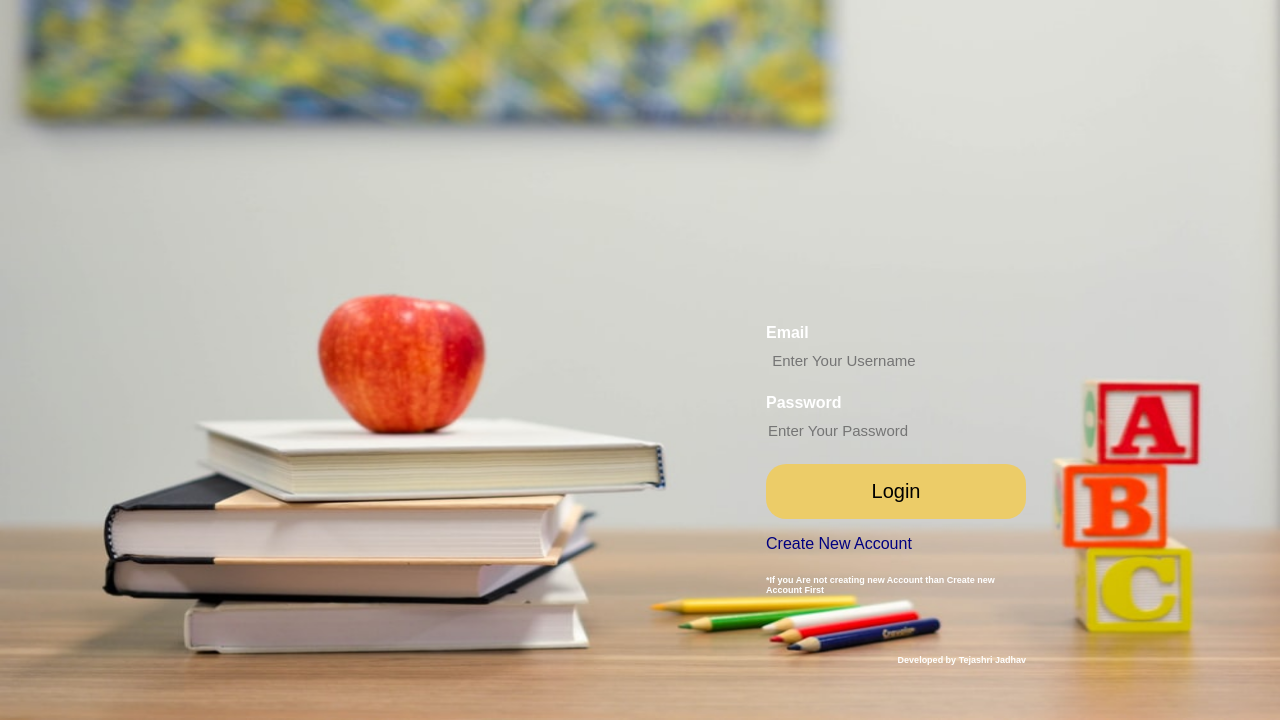
Repository: Tejashriamarjadhav/PHASE2_PROJECT
Page: http://localhost/LearningAcademy/
An editor plug-in stored every save of this project. The page is shown before and after the next save, followed by the edit.
The browser window is 1280 px wide. The pictures show the whole page.
The pointer rests on the first visible `.box a`.
The page is served by Tomcat 9.

Above is the page before, as saved 2021-08-21 09:47:17.

After the next save:
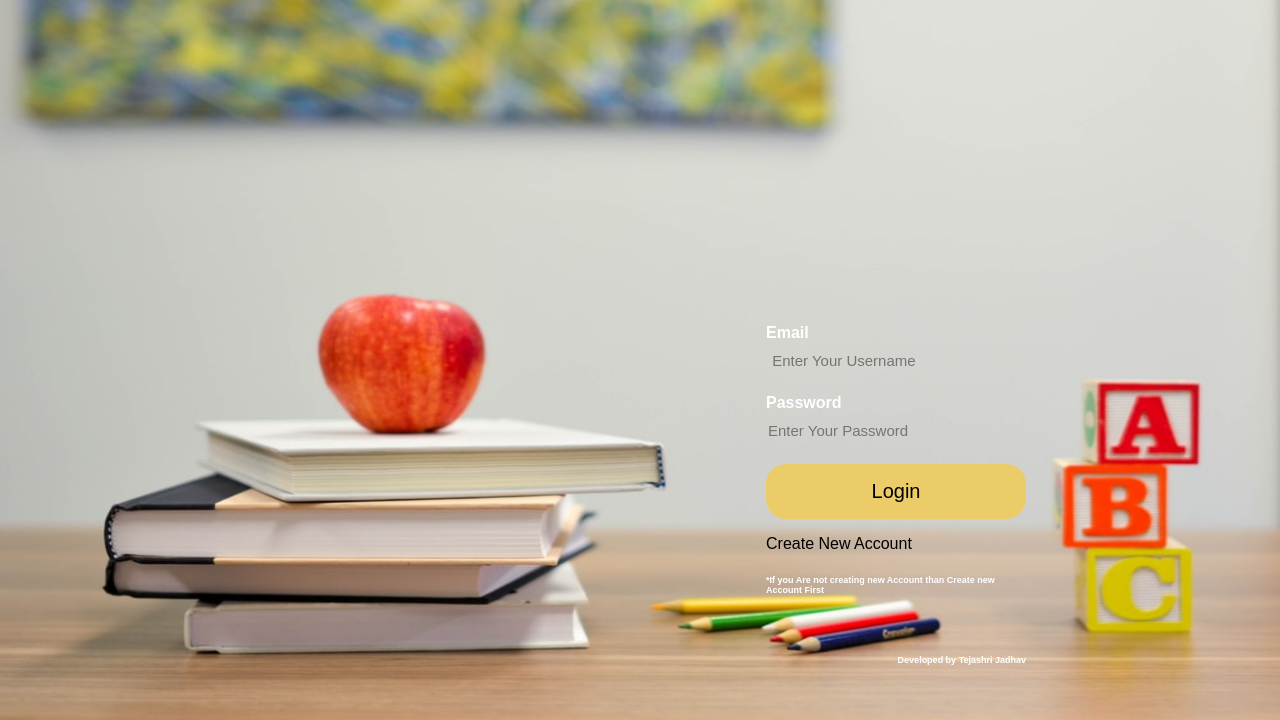
Saved 3 min 49 s later.
--- a/LearningAcademy/WebContent/Home.jsp
+++ b/LearningAcademy/WebContent/Home.jsp
@@ -93,7 +93,7 @@ body {
 }
 
 .box a:hover {
-	color: navy;
+	color: black;
 }
 
 h6.note {
